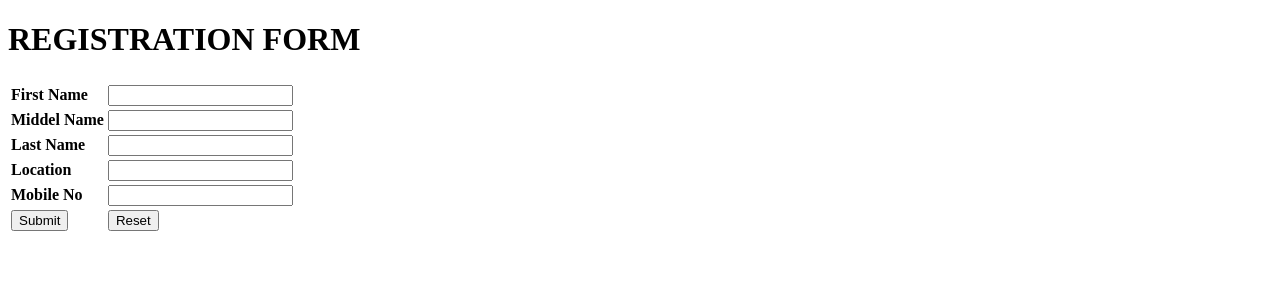
Repository: nosranijuned/WebRegister
Page: WebRegister/WebContent/index.html
An editor plug-in stored every save of this project. The page is shown before and after the next save, followed by the edit.
The browser window is 1280 px wide. The pictures show the whole page.

Above is the page before, as saved 2019-03-11 11:02:49.

After the next save:
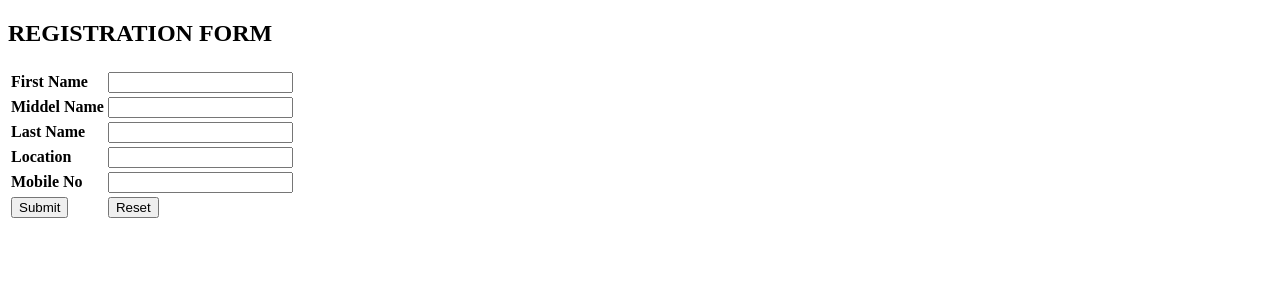
Saved 22 s later.
--- a/WebRegister/WebContent/index.html
+++ b/WebRegister/WebContent/index.html
@@ -55,7 +55,7 @@ function GEEKFORGEEKS()
 <body>
 	<form action="" onsubmit="return GEEKFORGEEKS()" method="post">
 		<table>
-			<tr><h1>REGISTRATION FORM </h1></tr>
+			<tr><h2>REGISTRATION FORM </h2></tr>
 			<tr><td><b>First Name</b></td><td><input type="text" name="fname"></td></tr>
 			<tr><td><b>Middel Name</b></td><td><input type="text" name="mname"></td></tr>
 			<tr><td><b>Last Name</b></td><td><input type="text" name="lname"></td></tr>
